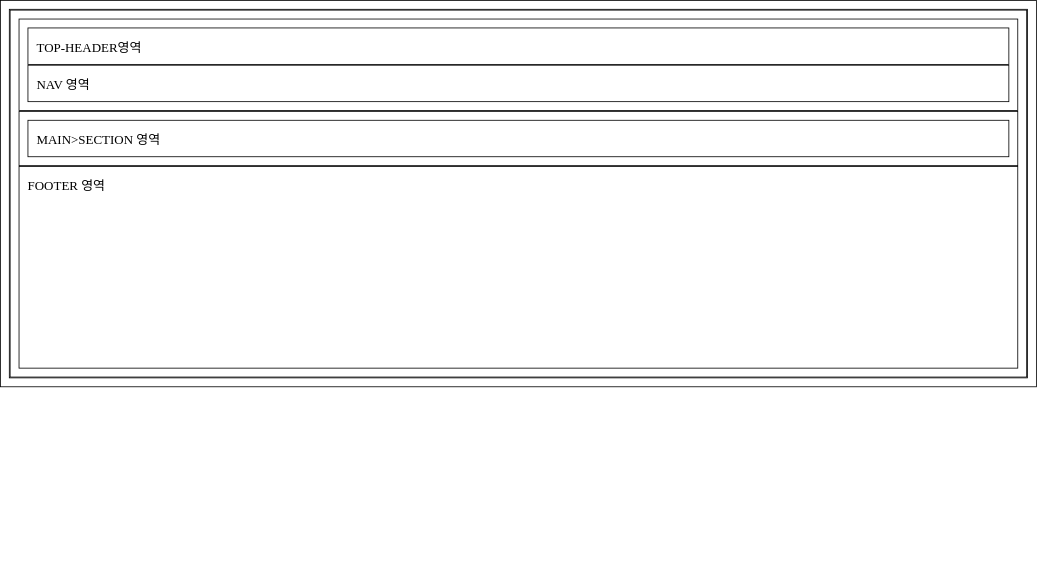
Repository: Leehj9094/JAVA_BOOK-
Page: http://localhost/01JSP/C03/02Include/index.jsp
The author's editor kept a copy of each file at every save. The page is drawn from the files as they stood at one save, then again after the next save.
The browser window is 1280 px wide. The pictures show the whole page, at 81% of full size.
The page is served by Tomcat 9. Other server files are loaded and not shown.

Above is the page before, as saved 2025-04-02 01:41:46.

### JSP/01JSP/src/main/webapp/C03/02Include/index.jsp
<%@ page language="java" contentType="text/html; charset=UTF-8"
    pageEncoding="UTF-8"%>
<!DOCTYPE html>
<html>
<head>
<meta charset="UTF-8">
<title>Insert title here</title>

<style>
:root{}
*{box-sizing:border-box;padding:10px; border:1px solid;}
a{}
ul{}
body{padding:0;margin:0;}
.wrapper{}
.wrapper>header{min-height:100px;}
.wrapper>header>.top-header{min-height:25px;}
.wrapper>header>.nav{min-height:75px;}
.wrapper>main{min-height:"calc(100vh -100px - 250px)"};
.wrapper>section{}
.wrapper>footer{min-height:250px;}
</style>

</head>
<body>
	<div class="wrapper">
		<header>
			<!--  -->
			<%@ include file="./layouts/TopHeader.jsp" %>
			<!--  -->
			<%@ include file="./layouts/Nav.jsp" %>
		</header>
		<main>
			<section>MAIN>SECTION 영역</section>
		</main>
		<!--  -->
		<%@ include file="./layouts/Footer.jsp" %>
	</div>

</body>
</html>

### JSP/01JSP/src/main/webapp/C03/02Include/layouts/TopHeader.jsp
<%@ page language="java" contentType="text/html; charset=UTF-8"
    pageEncoding="UTF-8"%>
<!-- TOP-HEADER -->
<div class="top-header">TOP-HEADER영역</div>

### JSP/01JSP/src/main/webapp/C03/02Include/layouts/Nav.jsp
<%@ page language="java" contentType="text/html; charset=UTF-8"
    pageEncoding="UTF-8"%>
<!-- NAV -->
<nav>NAV 영역</nav>

### JSP/01JSP/src/main/webapp/C03/02Include/layouts/Footer.jsp
<%@ page language="java" contentType="text/html; charset=UTF-8"
    pageEncoding="UTF-8"%>
<!-- FOOTER -->
<footer>FOOTER 영역</footer>

After the next save:
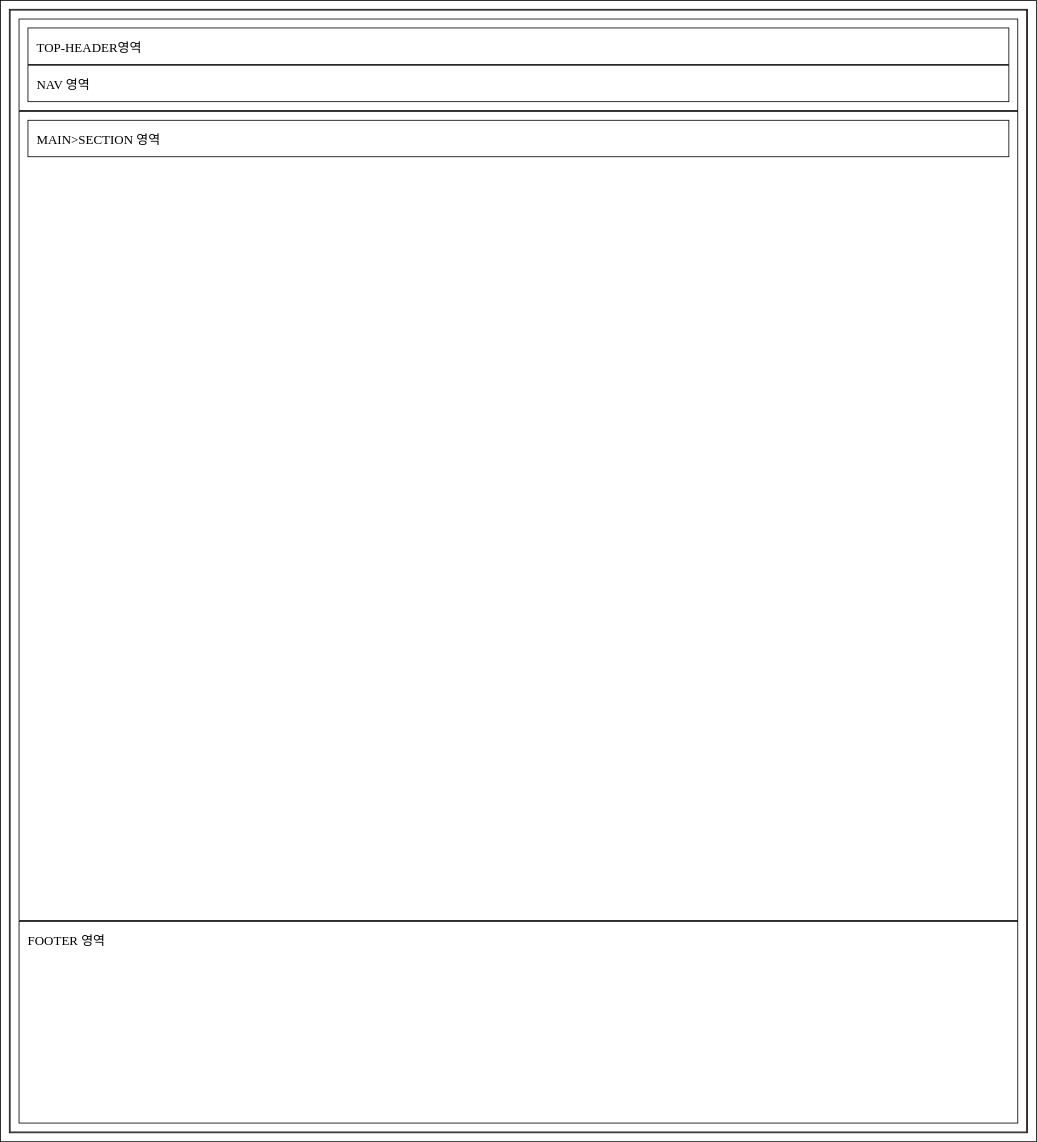
Saved 2 min 16 s later.
--- a/JSP/01JSP/src/main/webapp/C03/02Include/index.jsp
+++ b/JSP/01JSP/src/main/webapp/C03/02Include/index.jsp
@@ -16,7 +16,7 @@ body{padding:0;margin:0;}
 .wrapper>header{min-height:100px;}
 .wrapper>header>.top-header{min-height:25px;}
 .wrapper>header>.nav{min-height:75px;}
-.wrapper>main{min-height:"calc(100vh -100px - 250px)"};
+.wrapper>main{min-height:1000px};
 .wrapper>section{}
 .wrapper>footer{min-height:250px;}
 </style>
